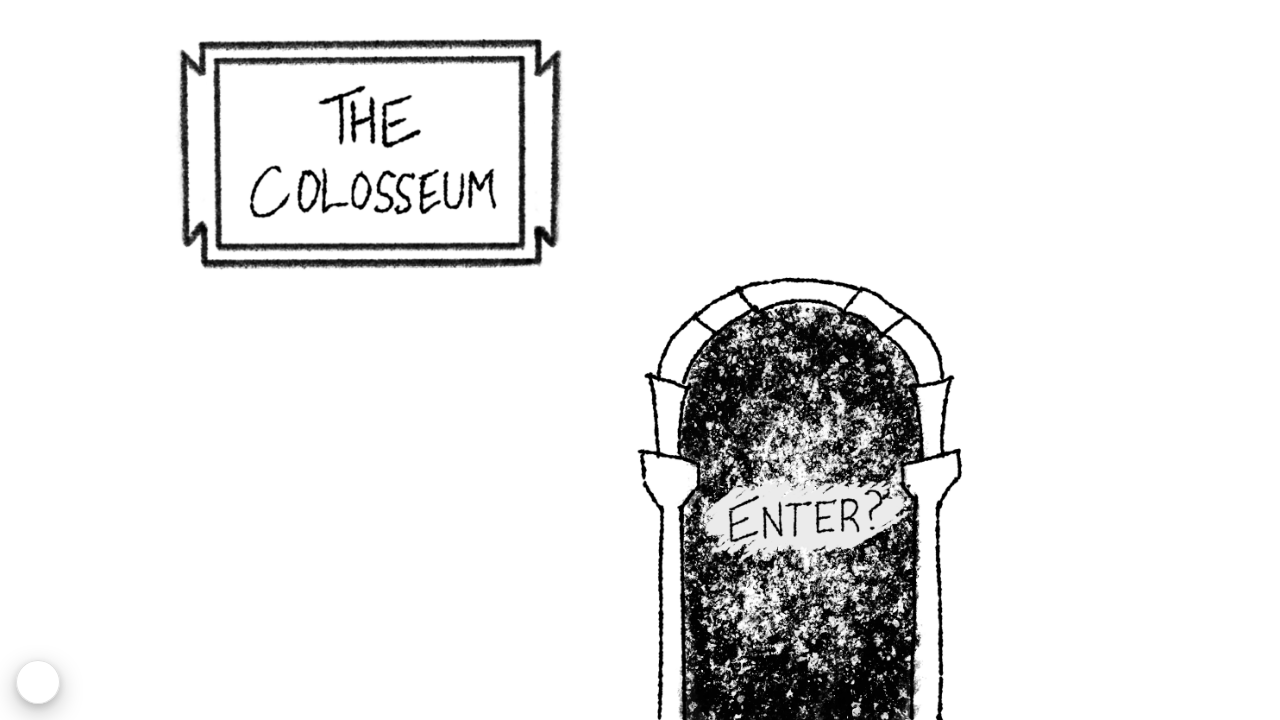
Repository: ejarnie0/theColosseum
Page: /
The author's editor kept a copy of each file at every save. The page is drawn from the files as they stood at one save, then again after the next save.
The browser window is 1280 px wide. The pictures show the whole page.
The project was rebuilt for these pictures with package versions that can differ from the ones it lists, and the page was loaded fresh each time. Also part of the build but not shown: vite.config.ts. Imported but missing from the stored project, and not drawn on this page: src/assets/Creepy_Wind.mp3.

Above is the page before, as saved 2025-12-12 00:44:30.

### index.html
<!doctype html>
<html lang="en">
  <head>
    <meta charset="UTF-8" />
    <link rel="icon" type="image/svg+xml" href="/vite.svg" />
    <meta name="viewport" content="width=device-width, initial-scale=1.0" />
    <title>thecolloseum</title>
  </head>
  <body>
    <div id="root"></div>
    <script type="module" src="/src/main.tsx"></script>
  </body>
</html>

### src/index.css
:root {
  font-synthesis: none;
  text-rendering: optimizeLegibility;
  -webkit-font-smoothing: antialiased;
  -moz-osx-font-smoothing: grayscale;
}

*,
*::before,
*::after {
  box-sizing: border-box;
}

body {
  margin: 0;
  min-height: 100vh;
}

### src/App.tsx
import { useEffect, useRef, useCallback, useState } from 'react';
import './App.css';
import titleScreen from './assets/title_screen_1.png';
import creepyWind from './assets/Creepy_Wind.mp3';

export default function App() {
  const audioRef = useRef<HTMLAudioElement | null>(null);
  const [isPlaying, setIsPlaying] = useState(false);

  useEffect(() => {
    const audio = new Audio(creepyWind);
    audio.loop = true;
    audio.volume = 0.55;
    audioRef.current = audio;

    audio.play()
      .then(() => setIsPlaying(true))
      .catch(() => {
        // Browsers may block autoplay; user click fallback is provided.
        setIsPlaying(false);
      });

    return () => {
      audio.pause();
      audioRef.current = null;
    };
  }, []);

  const handleAudioStart = useCallback(() => {
    if (!audioRef.current) return;
    audioRef.current.muted = false;
    audioRef.current.play()
      .then(() => setIsPlaying(true))
      .catch(() => {});
  }, []);

  const togglePlayPause = useCallback(() => {
    const audio = audioRef.current;
    if (!audio) return;
    if (audio.paused) {
      audio.play()
        .then(() => setIsPlaying(true))
        .catch(() => {});
    } else {
      audio.pause();
      setIsPlaying(false);
    }
  }, []);

  return (
    <main className="app">
      <div className="hero-wrapper">
        <img
          src={titleScreen}
          alt="Title screen"
          className="title-image"
        />
        <button
          className="hero-action"
          aria-label="Right side action"
          type="button"
          onClick={handleAudioStart}
        />
      </div>
      <button
        type="button"
        className="volume-trigger"
        onClick={togglePlayPause}
        aria-label={isPlaying ? 'Pause wind sound' : 'Play wind sound'}
      >
        {isPlaying ? (
          <span className="icon-pause" aria-hidden="true">
            <span />
            <span />
          </span>
        ) : (
          <span className="icon-play" aria-hidden="true" />
        )}
      </button>
    </main>
  );
}

### src/App.css
:root {
  font-family: 'Inter', system-ui, -apple-system, BlinkMacSystemFont, 'Segoe UI',
    sans-serif;
  background-color: #ffffff;
  color: #e9edf5;
}

body {
  margin: 0;
  min-height: 100vh;
}

#root {
  min-height: 100vh;
}

.app {
  min-height: 100vh;
  display: grid;
  place-items: center;
  background: #ffffff;
}

.hero-wrapper {
  position: relative;
  width: 100vw;
  height: 100vh;
}

.title-image {
  width: 100%;
  height: 100%;
  object-fit: contain;
  background: #ffffff;
  display: block;
}

.hero-action {
  position: absolute;
  top: 0;
  right: 30%;
  width: 20%;
  height: 100%;
  border: none;
  background: transparent;
  cursor: pointer;
}

.volume-trigger {
  position: fixed;
  bottom: 16px;
  left: 16px;
  width: 44px;
  height: 44px;
  border-radius: 50%;
  border: 1px solid rgba(0, 0, 0, 0.12);
  background: rgba(255, 255, 255, 0.85);
  color: #111;
  font-size: 18px;
  cursor: pointer;
  display: grid;
  place-items: center;
  box-shadow:
    0 8px 24px rgba(0, 0, 0, 0.25),
    0 3px 8px rgba(0, 0, 0, 0.15);
  transition: transform 140ms ease, box-shadow 140ms ease, background-color 140ms ease;
}

.volume-trigger:hover {
  transform: translateY(-1px);
  box-shadow:
    0 10px 26px rgba(0, 0, 0, 0.28),
    0 4px 10px rgba(0, 0, 0, 0.16);
}

.volume-trigger:active {
  transform: translateY(0);
}

Loaded but not shown: src/main.tsx (common file)

After the next save:
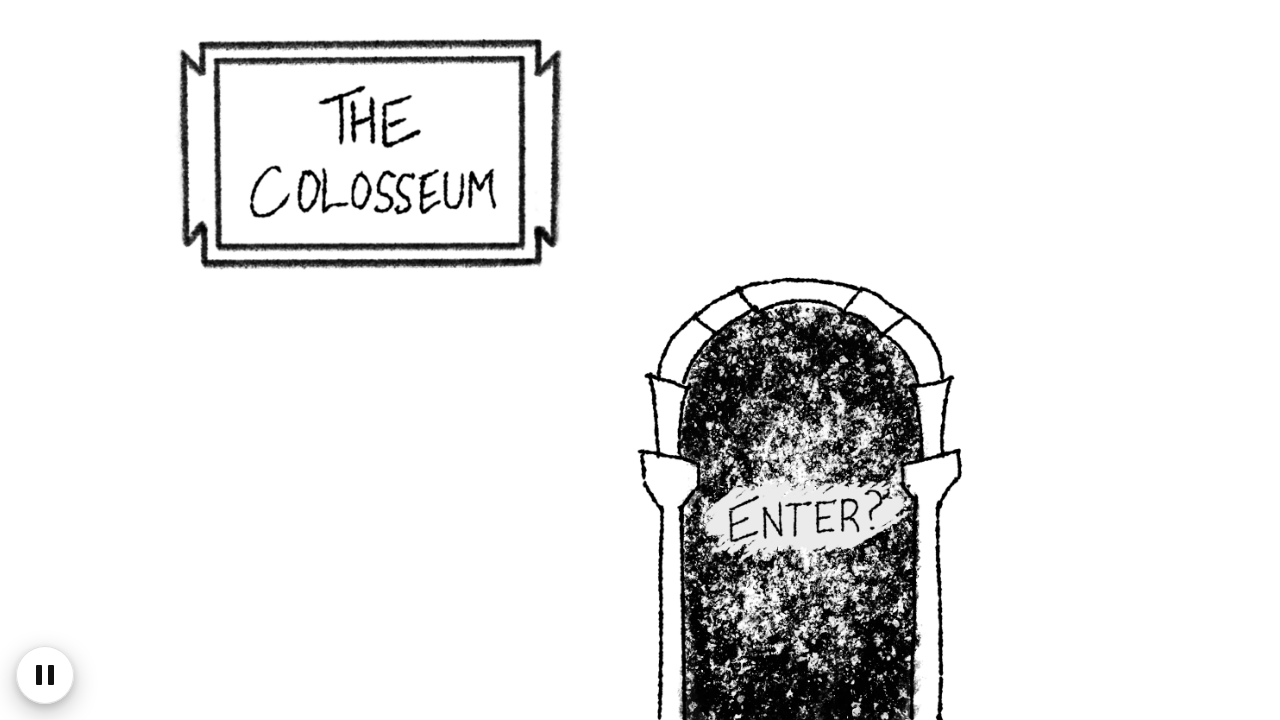
Saved 6 s later.
--- a/src/App.css
+++ b/src/App.css
@@ -50,13 +50,12 @@ body {
   position: fixed;
   bottom: 16px;
   left: 16px;
-  width: 44px;
-  height: 44px;
+  width: 58px;
+  height: 58px;
   border-radius: 50%;
   border: 1px solid rgba(0, 0, 0, 0.12);
   background: rgba(255, 255, 255, 0.85);
   color: #111;
-  font-size: 18px;
   cursor: pointer;
   display: grid;
   place-items: center;
@@ -76,3 +75,26 @@ body {
 .volume-trigger:active {
   transform: translateY(0);
 }
+
+.icon-play {
+  width: 0;
+  height: 0;
+  border-top: 10px solid transparent;
+  border-bottom: 10px solid transparent;
+  border-left: 16px solid #111;
+  transform: translateX(2px);
+}
+
+.icon-pause {
+  display: grid;
+  grid-template-columns: repeat(2, 6px);
+  gap: 6px;
+}
+
+.icon-pause span {
+  display: block;
+  width: 6px;
+  height: 20px;
+  background: #111;
+  border-radius: 1px;
+}
